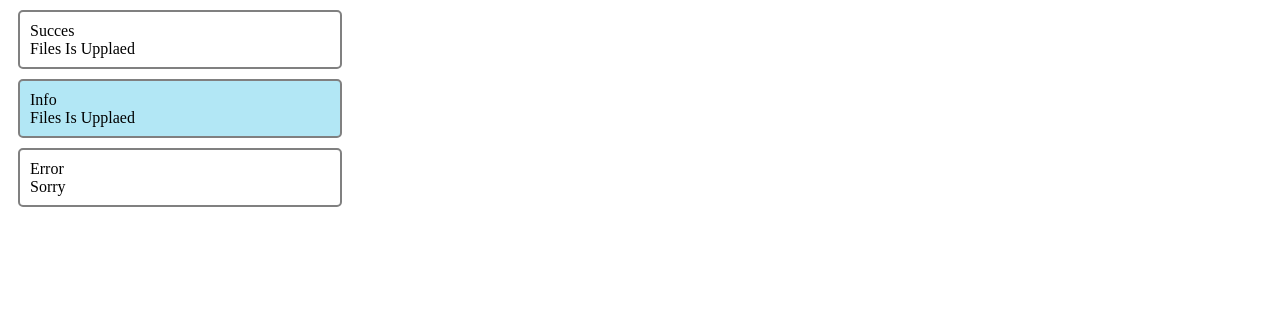
Repository: Fariaddd/javascript-1-module-3
Page: lesson2/6-reusable-html-function/index.html
These files come from the project's save history. The page is drawn as it stood at one moment and after the next save; the edit follows.
The browser window is 1280 px wide. The pictures show the whole page.

Above is the page before, as saved 2022-02-08 14:17:53.
Console error: TypeError: Cannot set properties of null (setting 'innerHTML')

### lesson2/6-reusable-html-function/index.html
<!DOCTYPE html>
<html lang="en">
  <head>
    <meta charset="UTF-8" />
    <meta name="viewport" content="width=device-width, initial-scale=1.0" />
    <meta http-equiv="X-UA-Compatible" content="ie=edge" />
    <title></title>
    <script src="./handles/toostermessage.js" defer></script>
    <script src="./index.js" defer></script>
    <style>
      .toaster {
        height: 35px;
        width: 300px;
        display: flex;
        justify-content: flex-start;
        color: black;
        padding: 10px;
        border: 2px solid gray;
        border-radius: 5px;
        flex-direction: column;
        margin: 10px;
        text-transform: capitalize;
      }
      .success {
        background-color: forestgreen;
      }

      .info {
        background-color: #b2e7f5;
      }

      .warning {
        background-color: #efb7b8;
      }
    </style>
  </head>
  <body>
    <div class="container"></div>
    <div class="message-container"></div>
    <div class="message-info"></div>
    <div class="message-error"></div>
    <div class="message-warning"></div>
  </body>
</html>

### lesson2/6-reusable-html-function/handles/toostermessage.js
function createToster(type = "", message = "") {
    const html = `<div class="toaster ${type}">
                        <span>${type}</span>
                        <span>${message}</span>
                        </div>`;
    return html;


}

### lesson2/6-reusable-html-function/index.js
const messageSuccessContainer = document.querySelector(".message-container");
const messageInfoContainer = document.querySelector(".message-info");
const messageErrorContainer = document.querySelector(".message-error");
const messageWarningContainer = document.querySelector(".messafe-warning");


messageSuccessContainer.innerHTML = createToster("succes", "files is upplaed");
messageInfoContainer.innerHTML = createToster("info", "files is upplaed");
messageErrorContainer.innerHTML = createToster("error", "sorry");
messageWarningContainer.innerHTML = createToster("warning", "file must be less than 5");

After the next save:
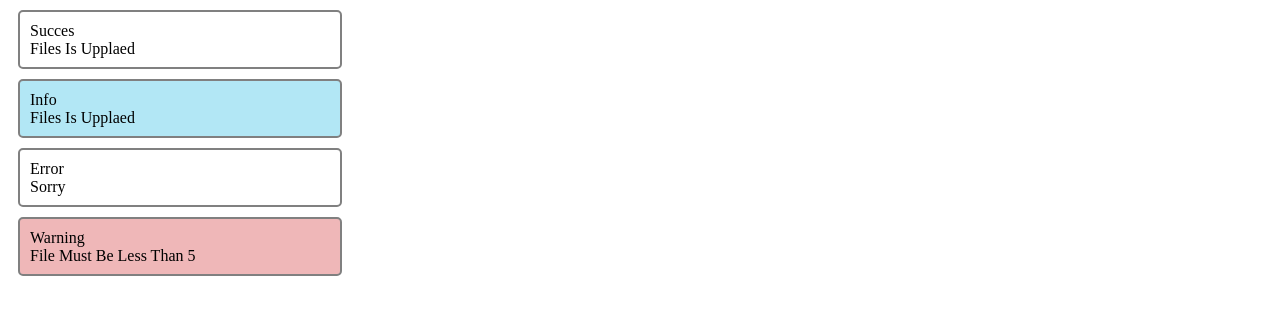
The error is gone.
Saved 11 s later.
--- a/lesson2/6-reusable-html-function/index.js
+++ b/lesson2/6-reusable-html-function/index.js
@@ -1,7 +1,7 @@
 const messageSuccessContainer = document.querySelector(".message-container");
 const messageInfoContainer = document.querySelector(".message-info");
 const messageErrorContainer = document.querySelector(".message-error");
-const messageWarningContainer = document.querySelector(".messafe-warning");
+const messageWarningContainer = document.querySelector(".message-warning");
 
 
 messageSuccessContainer.innerHTML = createToster("succes", "files is upplaed");
